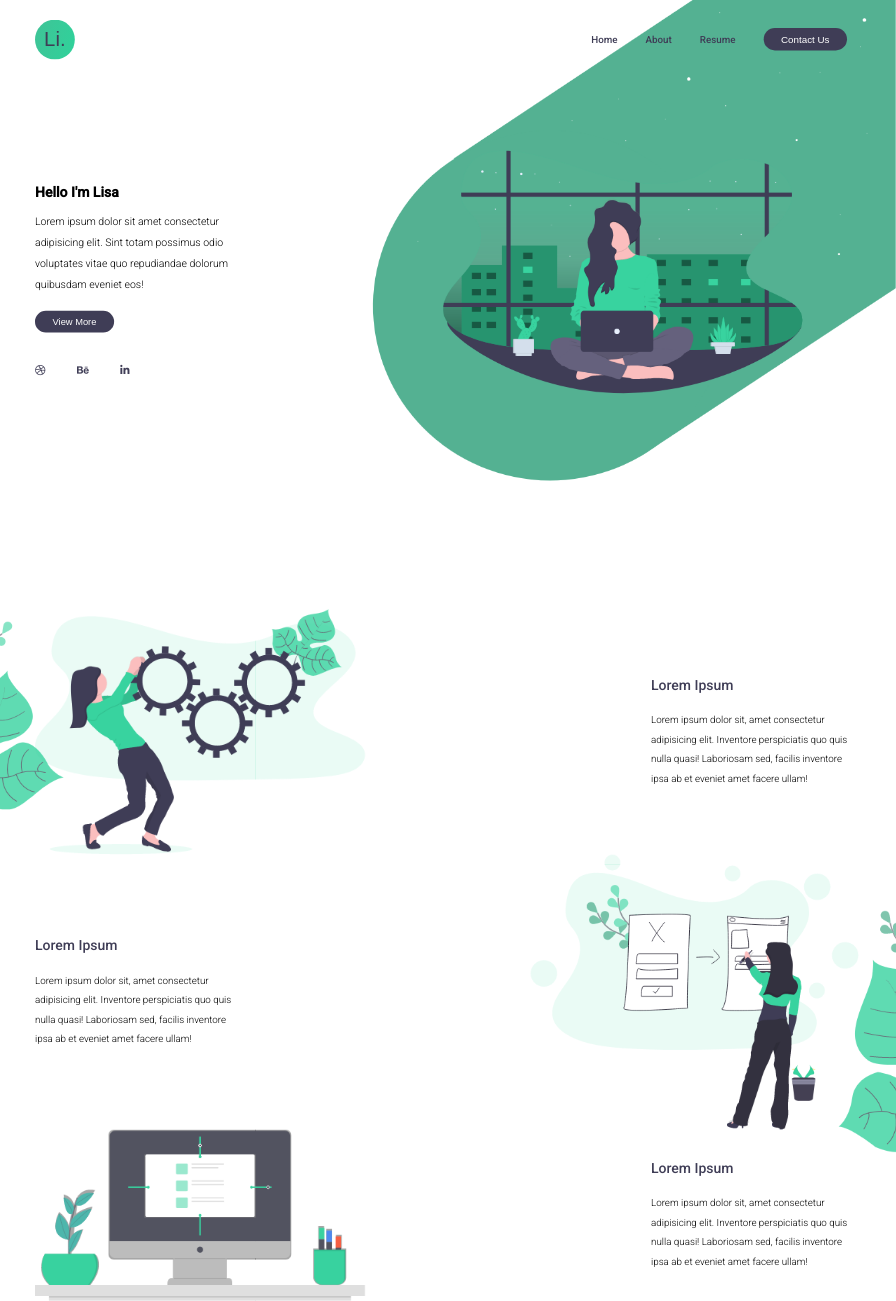
Repository: kebinh1235/porfolio-demo
Page: index.html
The author's editor kept a copy of each file at every save. The page is drawn from the files as they stood at one save, then again after the next save.
The browser window is 1280 px wide. The pictures show the whole page, at 70% of full size.
Some web libraries are served in a nearby version.

Above is the page before, as saved 2021-10-20 16:32:41.

After the next save:
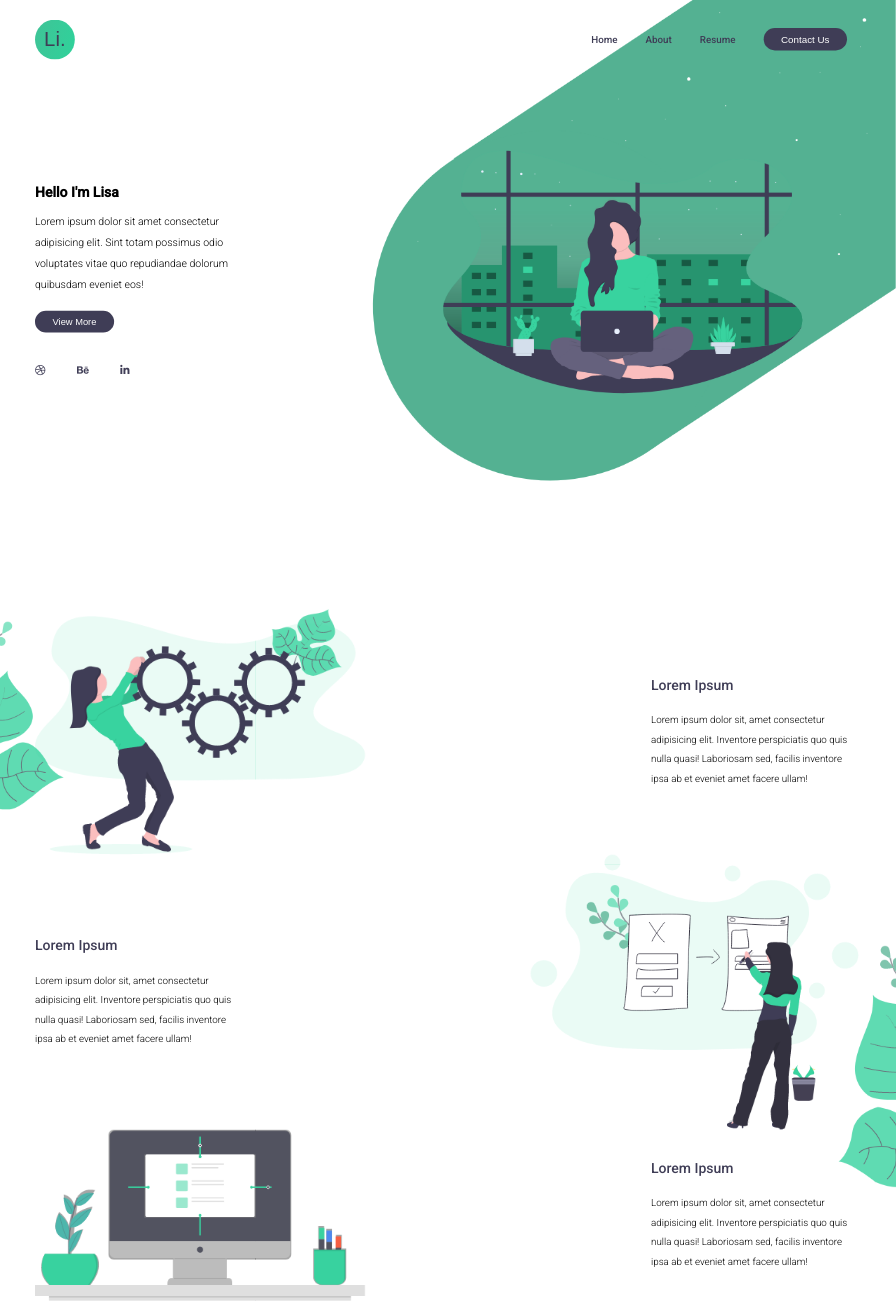
Saved 18 s later.
--- a/css/style.css
+++ b/css/style.css
@@ -240,7 +240,7 @@ header {
   position: absolute;
   top: initial;
   left: initial;
-  bottom: 15%;
+  bottom: 10%;
   right: 0;
   transform: translateX(60%);
   z-index: -1;
